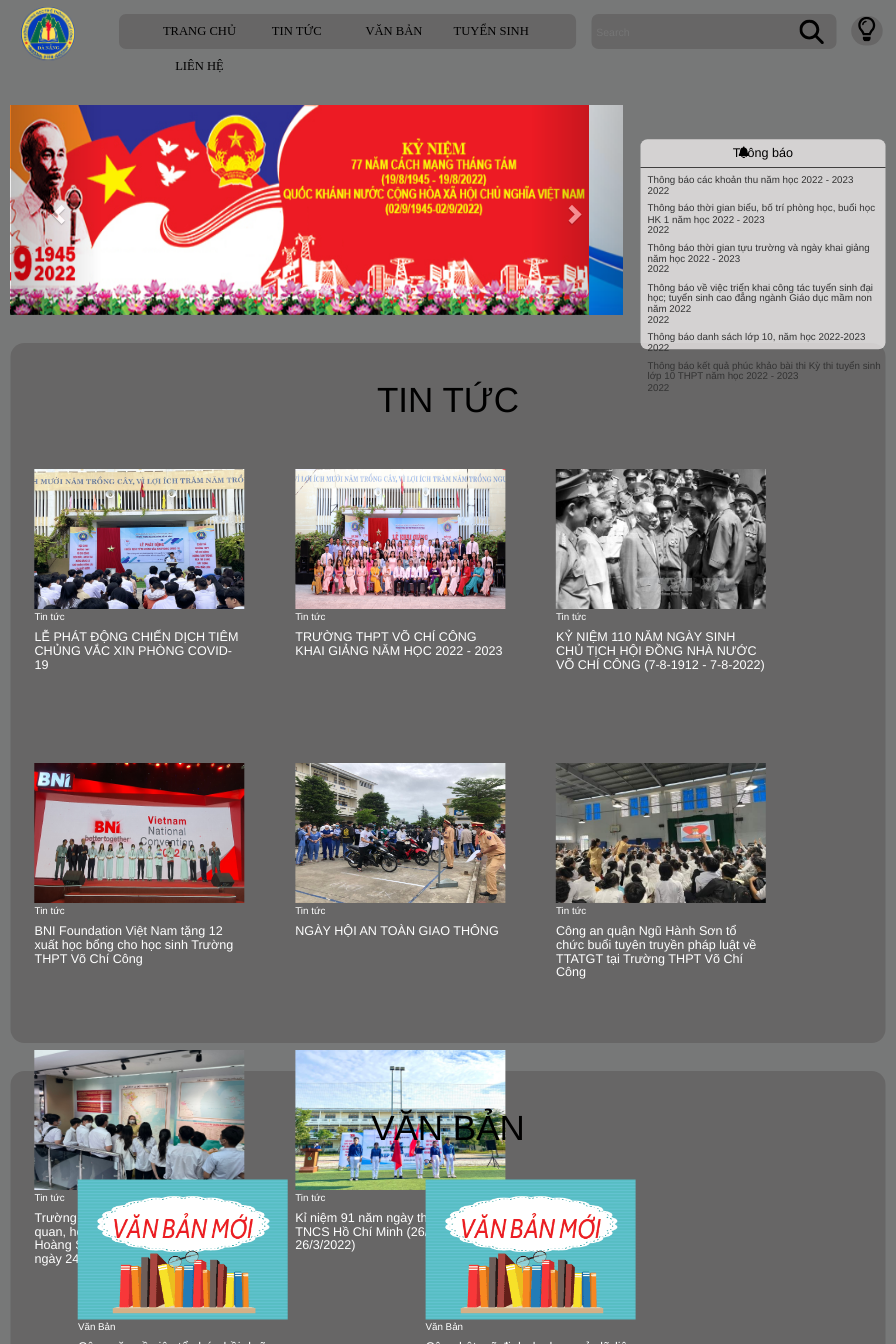
Repository: dphasst17/THPTVCC
Page: index.html
These files come from the project's save history. The page is drawn as it stood at one moment and after the next save; the edit follows.
The browser window is 1280 px wide. The pictures show the part of the page from y = 0 to 1920 px (the page is 3420 px tall), at 70% of full size.

Above is the page before, as saved 2022-10-12 19:24:59.

### index.html
<!DOCTYPE html>
<html lang="en">
<head>
    <meta charset="UTF-8">
    <meta http-equiv="X-UA-Compatible" content="IE=edge">
    <meta name="viewport" content="width=device-width, initial-scale=1.0">
    <link rel="stylesheet" href="https://maxcdn.bootstrapcdn.com/bootstrap/3.4.1/css/bootstrap.min.css">
    <script src="https://ajax.googleapis.com/ajax/libs/jquery/3.6.0/jquery.min.js"></script>
    <script src="https://maxcdn.bootstrapcdn.com/bootstrap/3.4.1/js/bootstrap.min.js"></script>
    <script src="index.js"></script>
    <link rel="stylesheet" href="style.css">
    <title>Document</title>
</head>
<body>
    <header>
        <div class="logo">
            <a href="#">
                <img src="img/logo.png" alt="">
            </a>
        </div>
        <div class="nav">
            <ul>
                <li><a href="./index.html">TRANG CHỦ</a></li>
                <li><a href="./new/new.html">TIN TỨC</a></li>
                <li><a href="./document/document.html">VĂN BẢN</a></li>
                <li><a href="./admissions/admissions.html">TUYỂN SINH</a></li>
                <li><a href="#contact">LIÊN HỆ</a></li>
            </ul>
        </div>
        <div class="search">
            <input placeholder="Search" spellCheck="false"/>
            <div class="icon-search">
                <svg xmlns="http://www.w3.org/2000/svg" viewBox="0 0 512 512"><path d="M416 208c0 45.9-14.9 88.3-40 122.7L502.6 457.4c12.5 12.5 12.5 32.8 0 45.3s-32.8 12.5-45.3 0L330.7 376c-34.4 25.2-76.8 40-122.7 40C93.1 416 0 322.9 0 208S93.1 0 208 0S416 93.1 416 208zM208 352c79.5 0 144-64.5 144-144s-64.5-144-144-144S64 128.5 64 208s64.5 144 144 144z"strokeWidth="4" stroke="#fff"/></svg>
            </div>
        </div>
        <div class="user">
            <svg xmlns="http://www.w3.org/2000/svg" viewBox="0 0 448 512">
                <path d="M224 256c70.7 0 128-57.3 128-128S294.7 0 224 0S96 57.3 96 128s57.3 128 128 128zm-45.7 48C79.8 304 0 383.8 0 482.3C0 498.7 13.3 512 29.7 512H418.3c16.4 0 29.7-13.3 29.7-29.7C448 383.8 368.2 304 269.7 304H178.3z"/>
            </svg>
            <div class="user_infor">
                <a href="./login.html">Login</a>
            </div>
        </div>
        <div class="dark_mode">
            <div>
                <button id="dark">
                    <svg xmlns="http://www.w3.org/2000/svg" viewBox="0 0 384 512">
                        <path d="M272 384c9.6-31.9 29.5-59.1 49.2-86.2l0 0c5.2-7.1 10.4-14.2 15.4-21.4c19.8-28.5 31.4-63 31.4-100.3C368 78.8 289.2 0 192 0S16 78.8 16 176c0 37.3 11.6 71.9 31.4 100.3c5 7.2 10.2 14.3 15.4 21.4l0 0c19.8 27.1 39.7 54.4 49.2 86.2H272zM192 512c44.2 0 80-35.8 80-80V416H112v16c0 44.2 35.8 80 80 80zM112 176c0 8.8-7.2 16-16 16s-16-7.2-16-16c0-61.9 50.1-112 112-112c8.8 0 16 7.2 16 16s-7.2 16-16 16c-44.2 0-80 35.8-80 80z"/>
                    </svg>
                </button>
            </div>
            <div>
                <button id="light">
                    <svg xmlns="http://www.w3.org/2000/svg" viewBox="0 0 384 512">
                        <path d="M112.1 454.3c0 6.297 1.816 12.44 5.284 17.69l17.14 25.69c5.25 7.875 17.17 14.28 26.64 14.28h61.67c9.438 0 21.36-6.401 26.61-14.28l17.08-25.68c2.938-4.438 5.348-12.37 5.348-17.7L272 415.1h-160L112.1 454.3zM192 0C90.02 .3203 16 82.97 16 175.1c0 44.38 16.44 84.84 43.56 115.8c16.53 18.84 42.34 58.23 52.22 91.45c.0313 .25 .0938 .5166 .125 .7823h160.2c.0313-.2656 .0938-.5166 .125-.7823c9.875-33.22 35.69-72.61 52.22-91.45C351.6 260.8 368 220.4 368 175.1C368 78.8 289.2 .0039 192 0zM288.4 260.1c-15.66 17.85-35.04 46.3-49.05 75.89h-94.61c-14.01-29.59-33.39-58.04-49.04-75.88C75.24 236.8 64 206.1 64 175.1C64 113.3 112.1 48.25 191.1 48C262.6 48 320 105.4 320 175.1C320 206.1 308.8 236.8 288.4 260.1zM176 80C131.9 80 96 115.9 96 160c0 8.844 7.156 16 16 16S128 168.8 128 160c0-26.47 21.53-48 48-48c8.844 0 16-7.148 16-15.99S184.8 80 176 80z"/>
                    </svg>
                </button>
            </div>
        </div>
    </header>
    <div class="container">
        <div id="myCarousel" class="carousel slide" data-ride="carousel">
            <!-- Indicators -->
            <ol class="carousel-indicators">
              <li data-target="#myCarousel" data-slide-to="0" class="active"></li>
              <li data-target="#myCarousel" data-slide-to="1"></li>
              <li data-target="#myCarousel" data-slide-to="2"></li>
            </ol>

            <!-- Wrapper for slides -->
            <div class="carousel-inner">
              <div class="item active">
                <img src="img/1.png" alt="Los Angeles" style="width:100%;height:300px;">
              </div>

              <div class="item">
                <img src="img/2.png" alt="Chicago" style="width:100%;height:300px;">
              </div>

              <div class="item">
                <img src="img/3.gif" alt="New york" style="width:100%;height:300px;">
              </div>
            </div>

            <!-- Left and right controls -->
            <a class="left carousel-control" href="#myCarousel" data-slide="prev">
              <span class="glyphicon glyphicon-chevron-left"></span>
              <span class="sr-only">Previous</span>
            </a>
            <a class="right carousel-control" href="#myCarousel" data-slide="next">
              <span class="glyphicon glyphicon-chevron-right"></span>
              <span class="sr-only">Next</span>
            </a>
        </div>
        <div class="notification">
            <svg xmlns="http://www.w3.org/2000/svg" viewBox="0 0 448 512"><path d="M224 0c-17.7 0-32 14.3-32 32V51.2C119 66 64 130.6 64 208v18.8c0 47-17.3 92.4-48.5 127.6l-7.4 8.3c-8.4 9.4-10.4 22.9-5.3 34.4S19.4 416 32 416H416c12.6 0 24-7.4 29.2-18.9s3.1-25-5.3-34.4l-7.4-8.3C401.3 319.2 384 273.9 384 226.8V208c0-77.4-55-142-128-156.8V32c0-17.7-14.3-32-32-32zm45.3 493.3c12-12 18.7-28.3 18.7-45.3H224 160c0 17 6.7 33.3 18.7 45.3s28.3 18.7 45.3 18.7s33.3-6.7 45.3-18.7z"/></svg>
            <h4 style="text-align:center;color:#000;">Thông báo</h4><hr style="margin:0;border-top: 1px solid #000;">
            <div class="noti_content">
                <h5>Thông báo các khoản thu năm học 2022 - 2023
                    <br>2022
                </h5>
                <h5>Thông báo thời gian biểu, bố trí phòng học, buổi học HK 1 năm học 2022 - 2023
                    <br>2022
                </h5>
                <h5>Thông báo thời gian tựu trường và ngày khai giảng năm học 2022 - 2023
                    <br>2022
                </h5>
                <h5>Thông báo về việc triển khai công tác tuyển sinh đại học; tuyển sinh cao đẳng ngành Giáo dục mầm non năm 2022
                    <br>2022
                </h5>
                <h5>Thông báo danh sách lớp 10, năm học 2022-2023
                    <br>2022
                </h5>
                <h5>Thông báo kết quả phúc khảo bài thi Kỳ thi tuyển sinh lớp 10 THPT năm học 2022 - 2023
                    <br>2022
                </h5>
            </div>
        </div>
        <div id="new" class="new">
            <h1><br/>TIN TỨC</h1>
            <div class="new_container">
                <img src="img/tintuc/1.jpg" alt="">
                <a>Tin tức</a>
                <h4>LỄ PHÁT ĐỘNG CHIẾN DỊCH TIÊM CHỦNG VẮC XIN PHÒNG COVID-19</h4>
            </div>

            <div class="new_container">
                <img src="img/tintuc/2.jpg" alt="">
                <a>Tin tức</a>
                <h4>TRƯỜNG THPT VÕ CHÍ CÔNG KHAI GIẢNG NĂM HỌC 2022 - 2023</h4>
            </div>

            <div class="new_container">
                <img src="img/tintuc/3.jpg" alt="">
                <a>Tin tức</a>
                <h4>KỶ NIỆM 110 NĂM NGÀY SINH CHỦ TỊCH HỘI ĐỒNG NHÀ NƯỚC VÕ CHÍ CÔNG (7-8-1912 - 7-8-2022)</h4>
            </div>

            <div class="new_container">
                <img src="img/tintuc/5.jpg" alt="">
                <a>Tin tức</a>
                <h4>BNI Foundation Việt Nam tặng 12 xuất học bổng cho học sinh Trường THPT Võ Chí Công</h4>
            </div>

            <div class="new_container">
                <img src="img/tintuc/4.jpg" alt="">
                <a>Tin tức</a>
                <h4>NGÀY HỘI AN TOÀN GIAO THÔNG</h4>
            </div>

            <div class="new_container">
                <img src="img/tintuc/6.jpg" alt="">
                <a>Tin tức</a>
                <h4>Công an quận Ngũ Hành Sơn tổ chức buổi tuyên truyền pháp luật về TTATGT tại Trường THPT Võ Chí Công</h4>
            </div>

            <div class="new_container">
                <img src="img/tintuc/7.jpg" alt="">
                <a>Tin tức</a>
                <h4>Trường THPT Võ Chí Công tham quan, học tập tại nhà trưng bày Hoàng Sa và Bảo tàng Chăm vào ngày 24/4/2022.</h4>
            </div>

            <div class="new_container">
                <img src="img/tintuc/8.jpg" alt="">
                <a>Tin tức</a>
                <h4>Kỉ niệm 91 năm ngày thành lập Đoàn TNCS Hồ Chí Minh (26/3/1931-26/3/2022)</h4>
            </div>

        </div>
        <div id="document" class="document">
            <h1><br/>VĂN BẢN</h1>
            <div class="document_container">
                <img src="img/document/document.png" alt="">
                <a>Văn Bản</a>
                <h4>Công văn về việc tổ chức bồi dưỡng giáo viên sử dụng sách giáo khoa lớp 7, lớp 10 năm học 2022-2023</h4>
            </div>

            <div class="document_container">
                <img src="img/document/document.png" alt="">
                <a>Văn Bản</a>
                <h4>Cập nhật mã định danh cơ sở dữ liệu ngành giáo dục phổ thông đảm bảo sự đồng bộ giữa TEMIS và LMS</h4>
            </div>

            <div class="document_container">
                <img src="img/document/document.png" alt="">
                <a>Văn Bản</a>
                <h4>Kế hoạch dạy học trực tuyến cho học sinh (F0, F1 và có yếu tố dịch tễ)</h4>
            </div>

            <div class="document_container">
                <img src="img/document/document.png" alt="">
                <a>Văn Bản</a>
                <h4>Kế hoạch phòng, chống dịch Covid-19 và phương án xử trí khi có trường hợp mắc Covid-19 tiếp theo</h4>
            </div>

            <div class="document_container">
                <img src="img/document/document.png" alt="">
                <a>Văn Bản</a>
                <h4>Quyết định về việc điều chỉnh phân bổ dự toán chi ngân sách nhà nước năm 2021</h4>
            </div>

            <div class="document_container">
                <img src="img/document/document.png" alt="">
                <a>Văn Bản</a>
                <h4>Thông báo thời gian biểu dạy học trực tuyến từ ngày 22-11-2021 đến hết ngày 27-11-2021</h4>
            </div>

        </div>
        <div id="admissions" class="admissions">
            <h1><br/>TUYỂN SINH</h1>
            <div class="admissions_container">
                <img src="img/tuyensinh/62bd6eef82783.png" alt="">
                <a>Tuyển sinh</a>
                <h4>THÍ SINH ĐỦ ĐIỂM CHUẨN VÀO TRƯỜNG THPT VÕ CHÍ CÔNG</h4>
            </div>

            <div class="admissions_container">
                <img src="img/tuyensinh/62bd721661331.png" alt="">
                <a>Tuyển sinh</a>
                <h4>Phiếu đăng kí nhập học vào Trường THPT Võ Chí Công năm học 2022-2023</h4>
            </div>

            <div class="admissions_container">
                <img src="img/tuyensinh/62105906d7bc2.png" alt="">
                <a>Tuyển sinh</a>
                <h4>Kế hoạch triển khai thực hiện Chương trình Giáo dục phổ thông năm 2018 đối với lớp 10, năm học 2022 - 2023</h4>
            </div>

            <div class="admissions_container">
                <img src="img/tuyensinh/611cfe00cd3bf.jpg" alt="">
                <a>Tuyển sinh</a>
                <h4>Kế hoạch thu nhận hồ sơ nhập học năm học 2022 - 2023</h4>
            </div>

        </div>
    </div>
    <div id="contact" class="contact">
        <p>Trường THPT Võ Chí Công</p>
        <div class="contact_container">
            <div class="svg">
                <svg xmlns="http://www.w3.org/2000/svg" viewBox="0 0 512 512">
                    <path d="M504 256C504 119 393 8 256 8S8 119 8 256c0 123.78 90.69 226.38 209.25 245V327.69h-63V256h63v-54.64c0-62.15 37-96.48 93.67-96.48 27.14 0 55.52 4.84 55.52 4.84v61h-31.28c-30.8 0-40.41 19.12-40.41 38.73V256h68.78l-11 71.69h-57.78V501C413.31 482.38 504 379.78 504 256z"/></svg>
                    <a href="https://www.facebook.com/TrgVCC">https://www.facebook.com/TrgVCC</a>
            </div>
        </div>
        <div class="contact_container">
            <div class="svg">
                <svg xmlns="http://www.w3.org/2000/svg" viewBox="0 0 512 512">
                    <path d="M164.9 24.6c-7.7-18.6-28-28.5-47.4-23.2l-88 24C12.1 30.2 0 46 0 64C0 311.4 200.6 512 448 512c18 0 33.8-12.1 38.6-29.5l24-88c5.3-19.4-4.6-39.7-23.2-47.4l-96-40c-16.3-6.8-35.2-2.1-46.3 11.6L304.7 368C234.3 334.7 177.3 277.7 144 207.3L193.3 167c13.7-11.2 18.4-30 11.6-46.3l-40-96z"/></svg>
                    <a>(0236) 3861555 - (0236) 3861777</a>
            </div>
        </div>
        <div class="contact_container">
            <div class="svg">
                <svg xmlns="http://www.w3.org/2000/svg" viewBox="0 0 512 512">
                    <path d="M48 64C21.5 64 0 85.5 0 112c0 15.1 7.1 29.3 19.2 38.4L236.8 313.6c11.4 8.5 27 8.5 38.4 0L492.8 150.4c12.1-9.1 19.2-23.3 19.2-38.4c0-26.5-21.5-48-48-48H48zM0 176V384c0 35.3 28.7 64 64 64H448c35.3 0 64-28.7 64-64V176L294.4 339.2c-22.8 17.1-54 17.1-76.8 0L0 176z"/></svg>
                    <a>thptvochicong@danang.gov.vn</a>
            </div>
        </div>
        <div class="contact_container">
            <div class="svg">
                <svg xmlns="http://www.w3.org/2000/svg" viewBox="0 0 384 512">
                    <path d="M215.7 499.2C267 435 384 279.4 384 192C384 86 298 0 192 0S0 86 0 192c0 87.4 117 243 168.3 307.2c12.3 15.3 35.1 15.3 47.4 0zM192 256c-35.3 0-64-28.7-64-64s28.7-64 64-64s64 28.7 64 64s-28.7 64-64 64z"/></svg>
                    <a>93 Cao Hồng Lãnh - Quận Ngũ Hành Sơn - Thành phố Đà Nẵng</a>
            </div>
        </div>
        <h3 style="color:white;margin-left:140px;margin-top:50px;font-size:15px;">Bản quyền ©2022 thuộc Trần Đình Phát</h3>
    </div>
</body>
</html>

### index.js
$(document).ready(function(){
    $('.user').click(function(){
        $('.user_infor').fadeToggle('user_info')
    })
})

/* Dark - Light mode */
$(document).ready(function(){
	$('#dark').click(function(){
    	$('body').css("background-color","rgb(119, 120, 120)")
        $('.nav').css("background-color","rgb(103, 102, 102)")
        $('.search').css("background-color","rgb(103, 102, 102)")
        $('.search>input').css("background-color","rgb(103, 102, 102)")
        $('.user').css("background-color","rgb(103, 102, 102)")
        $('#new').css("background-color","rgb(103, 102, 102)")
        $('#document').css("background-color","rgb(103, 102, 102)")
        $('#admissions').css("background-color","rgb(103, 102, 102)")
        $('h4').css("color","white")
        $('#dark').css("display","none")
        $('#light').css("display","block")
    });
    $('#light').click(function(){
    	$('body').css("background-color","rgb(225, 228, 228)")
        $('.nav').css("background-color","rgb(196, 193, 193)")
        $('.search').css("background-color","rgb(196, 193, 193)")
        $('.search>input').css("background-color","rgb(196, 193, 193)")
        $('.user').css("background-color","rgb(196, 193, 193)")
        $('#new').css("background-color","rgb(196, 193, 193)")
        $('#document').css("background-color","rgb(196, 193, 193)")
        $('#admissions').css("background-color","rgb(196, 193, 193)")
        $('h4').css("color","black")
        $('#light').css("display","none")
        $('#dark').css("display","block")
        $('#dark').css("background-color","rgb(196, 193, 193)")

    })
})

### style.css
html{
    scroll-behavior: smooth;
}
body{
    margin:0;
    text-decoration:none;
    background-color:rgb(119, 120, 120);
}
header{
    width:100%;
    height:100px;
    top:0;
    left:0;
    right:0;
    position:relative;
    z-index: 111;
}
.logo img{
    width:6%;
    margin:10px 30px;
    position:absolute;
}
.nav{
    position:absolute;
    width:51%;
    height:50px;
    background-color:rgb(103, 102, 102);
    border-radius:10px;
    margin:20px 170px;
}
.nav ul li{
    display:inline-block;
    width:120px;
    margin-left:15px;
    text-decoration:none;
    line-height: 44px;
    text-align:center;
}
.nav a{
    font-family: "Times New Roman", Times, serif;
    display:block;
    width:120px;
    height:50px;
    text-decoration:none;
    font-size:18px;
    color:black;
    line-height: 48px;
}
.search{
    width: 350px;
    height: 50px;
    position: absolute;
    background-color: rgb(103, 102, 102);
    margin-left: 66%;
    margin-top:20px;
    border-radius: 10px;
}
.search input{
    width:340px;
    height:40px;
    margin:5px;
    border-style:none;
    background-color:rgb(103, 102, 102);
    color:#fff;
    outline: none;
    font-size:15px;
}
.icon-search{
    position: absolute;
    background-color: transparent;
    border: 0 none;
    width: 10%;
    margin: -12% 85%;
}
.user{
    width:50px;
    height:50px;
    float:right;
    margin:20px 90px;
    border-radius:50px;
    background-color:rgb(103, 102, 102);
}
.user svg{
    width: 60%;
    margin: 5px 10px;
}
.user a{
    color:tan;
    text-decoration:none;
}
.user_infor{
    display:none;
    width:100px;
    height:100px;
    background-color: rgb(103, 102, 102);
    border-radius:10px;
    margin: 10px -25px;
    text-align:center;
}
.user_infor button{
    border:none;
    background-color:rgb(103, 102, 102);
}

#dark{
    width:45px;
    position:absolute;
    border:none;
    background-color:rgb(103, 102, 102);
    display:none;
    margin-top:23px;
    margin-left:95%;
    border-radius:50px;
}
#light{
    width:45px;
    position:absolute;
    border:none;
    background-color:rgb(103, 102, 102);
    display:block;
    margin-top:23px;
    margin-left:95%;
    border-radius:50px;
}
#dark svg{
    width:80%;
}
#light svg{
    width:80%;
}

/* main Page */
.container{
    width:100%;
    height:auto;
    margin:50px 0;
}
.carousel {
    position: relative;
    width: 70%;
}
.notification{
    width:28%;
    height:300px;
    float:right;
    border-radius:10px;
    margin-top:-20.1%;
    background: #f4f2f2bd;
}
.notification svg{
    position:absolute;
    width:15px;
    margin: 10px 140px;
}
.noti_content h5{
    margin-left:10px;
}
.noti_content h8{
    position:absolute;
    font-size:10px;
    margin-top:10px;

}
.new{
    width:100%;
    height:1000px;
    background-color:rgb(103, 102, 102);
    margin-top:40px;
    border-radius:20px;
}
h1{
    color:black;
    text-align:center;
    font-size:50px;
}
.new_container{
    width:300px;
    height:350px;
    display:inline-flex;
    margin:25px 34.3px;
    flex-wrap: wrap;
    align-content: center;
}
.new_container img{
    width:300px;
    height:200px;
}
.new_container h4{
    color:#fff;
}
.new_container a{
    color:#fff;
    text-decoration:none;
}
.document{
    width:100%;
    height:900px;
    background-color:rgb(103, 102, 102);
    margin-top:40px;
    border-radius:20px;
}
.document img{
    width:300px;
    height:200px;
}
.document_container{
    width:300px;
    height:350px;
    display:inline-flex;
    margin: 10px 96.3px;
    flex-wrap: wrap;
    align-content: center;
}
.document_container h4{
    color:#fff;
}
.document_container a{
    color:#fff;
    text-decoration:none;
}
.admissions{
    width:100%;
    height:500px;
    background-color:rgb(103, 102, 102);
    margin-top:40px;
    border-radius:20px;
}
.admissions_container{
    width:300px;
    height:150px;
    display:inline-flex;
    margin: 70px 34px;
    flex-wrap: wrap;
    align-content: center;
}
.admissions_container img{
    width:300px;
    height:150px;
}
.admissions_container a{
    color:#fff;
    text-decoration:none;
}
.admissions_container h4{
    color:#fff;
}
.contact{
    width:100%;
    height:400px;
    background-color:rgb(64, 63, 63);
}
.contact h4{
    position:absolute;
    color:#fff;
    margin:50px 140px;
}
.contact p{
    color:#fff;
    text-align:center;
    font-size:30px;
}
.contact_container{
    display:inline-flex;
    width:90%;
    height:15%;
    margin-left:70px;
}
.svg {
    display:flex;
    position:absolute;
    width:80%;
    margin-top:30px;
}
.svg a{
    font-size: 20px;
    margin-left:50px;
    margin-top:10px;
    color:#fff;
}
.svg svg{
    width:2%;
}

After the next save:
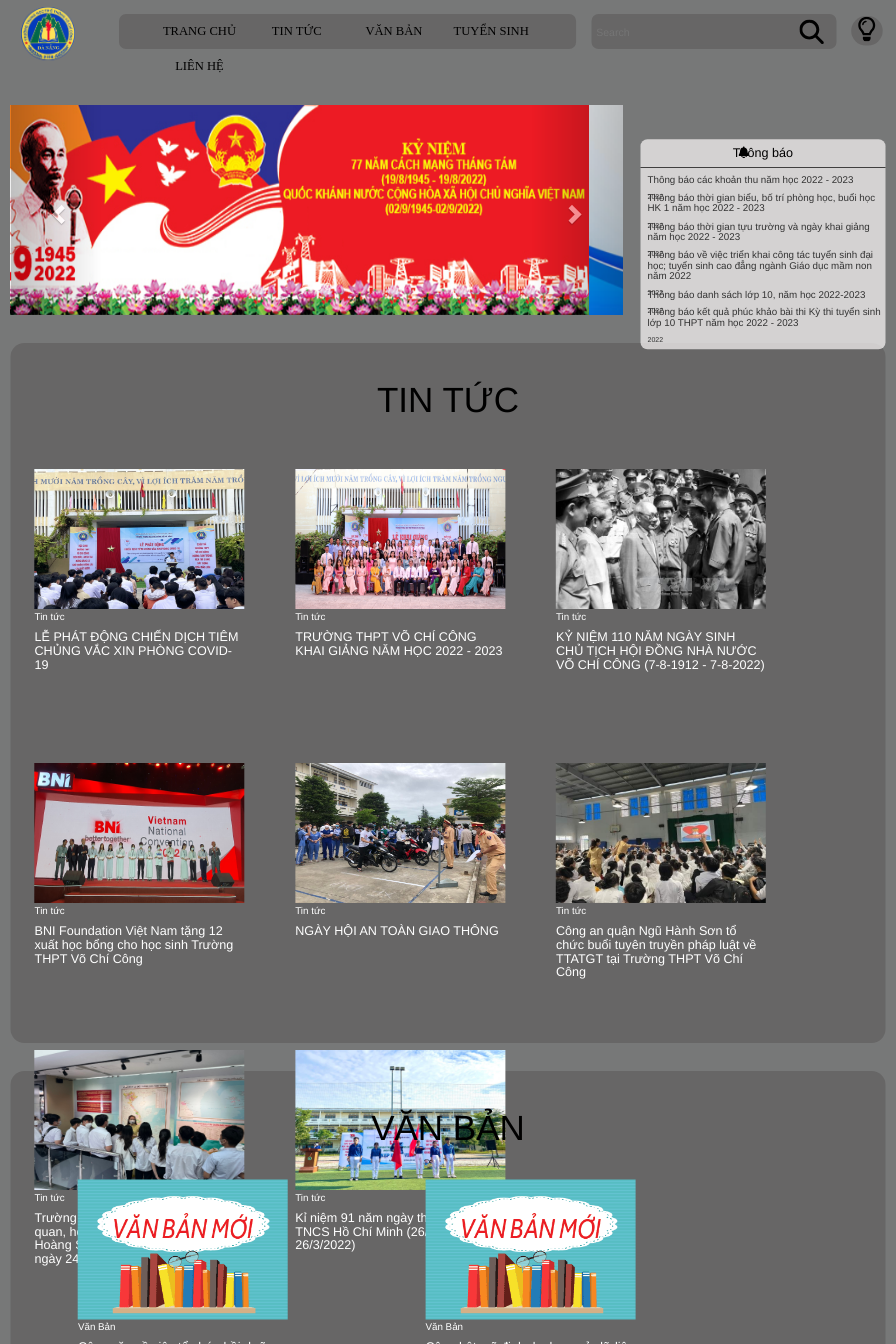
Saved 34 s later.
--- a/index.html
+++ b/index.html
@@ -97,22 +97,22 @@
             <h4 style="text-align:center;color:#000;">Thông báo</h4><hr style="margin:0;border-top: 1px solid #000;">
             <div class="noti_content">
                 <h5>Thông báo các khoản thu năm học 2022 - 2023
-                    <br>2022
+                    <br><h8>2022</h8>
                 </h5>
                 <h5>Thông báo thời gian biểu, bố trí phòng học, buổi học HK 1 năm học 2022 - 2023
-                    <br>2022
+                    <br><h8>2022</h8>
                 </h5>
                 <h5>Thông báo thời gian tựu trường và ngày khai giảng năm học 2022 - 2023
-                    <br>2022
+                    <br><h8>2022</h8>
                 </h5>
                 <h5>Thông báo về việc triển khai công tác tuyển sinh đại học; tuyển sinh cao đẳng ngành Giáo dục mầm non năm 2022
-                    <br>2022
+                    <br><h8>2022</h8>
                 </h5>
                 <h5>Thông báo danh sách lớp 10, năm học 2022-2023
-                    <br>2022
+                    <br><h8>2022</h8>
                 </h5>
                 <h5>Thông báo kết quả phúc khảo bài thi Kỳ thi tuyển sinh lớp 10 THPT năm học 2022 - 2023
-                    <br>2022
+                    <br><h8>2022</h8>
                 </h5>
             </div>
         </div>
